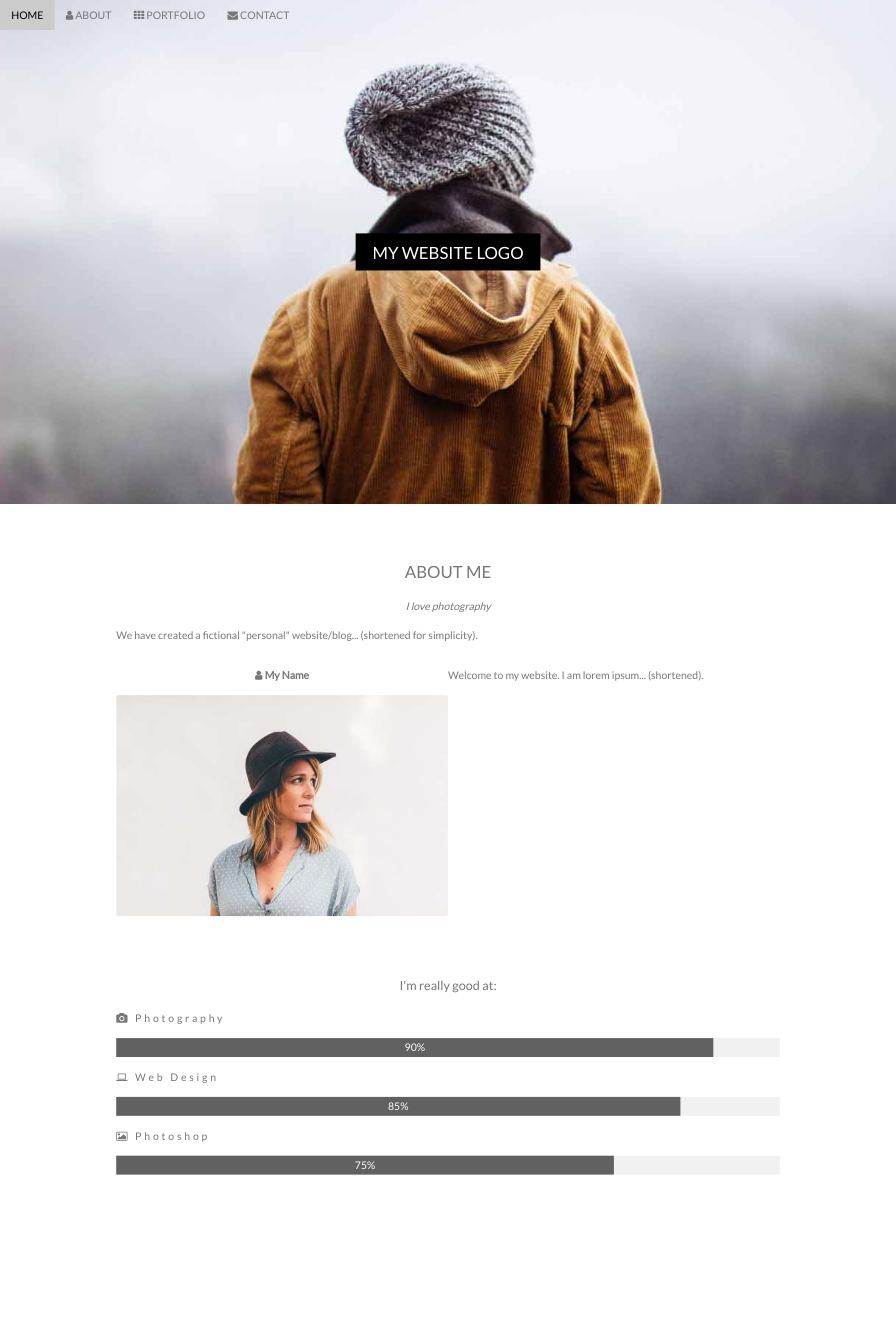
Repository: KaranAgarwal003/webpage-1
Page: index.html
The author's editor kept a copy of each file at every save. The page is drawn from the files as they stood at one save, then again after the next save.
The browser window is 1280 px wide. The pictures show the part of the page from y = 0 to 1920 px (the page is 3573 px tall), at 70% of full size.
A picture or video elsewhere on the page could not be fetched, so the positions and the page height are approximate.

Above is the page before, as saved 2024-10-17 19:28:51.

### index.html
<!DOCTYPE html>
<html>
<head>
    <title>Karan Agarwal</title>
    <meta charset="UTF-8">
    <meta name="viewport" content="width=device-width, initial-scale=1">
    <link rel="stylesheet" href="https://www.w3schools.com/w3css/4/w3.css">
    <link rel="stylesheet" href="https://fonts.googleapis.com/css?family=Lato">
    <link rel="stylesheet" href="https://cdnjs.cloudflare.com/ajax/libs/font-awesome/4.7.0/css/font-awesome.min.css">
    <style>
        body, h1, h2, h3, h4, h5, h6 { font-family: "Lato", sans-serif; }
        body, html { height: 100%; color: #777; line-height: 1.8; }

        .bgimg-1, .bgimg-2, .bgimg-3 {
            background-attachment: fixed;
            background-position: center;
            background-repeat: no-repeat;
            background-size: cover;
        }

        .bgimg-1 { background-image: url('/images/parallax1.jpg'); min-height: 100%; }
        .bgimg-2, .bgimg-3 { min-height: 400px; }

        @media only screen and (max-device-width: 1600px) {
            .bgimg-1, .bgimg-2, .bgimg-3 {
                background-attachment: scroll;
            }
        }
    </style>
</head>
<body>

<!-- Navbar -->
<div class="w3-top">
    <div class="w3-bar" id="myNavbar">
        <a class="w3-bar-item w3-button w3-hide-large w3-hide-medium w3-right" onclick="toggleFunction()" title="Toggle Navigation Menu">
            <i class="fa fa-bars"></i>
        </a>
        <a href="#home" class="w3-bar-item w3-button">HOME</a>
        <a href="#about" class="w3-bar-item w3-button w3-hide-small"><i class="fa fa-user"></i> ABOUT</a>
        <a href="#portfolio" class="w3-bar-item w3-button w3-hide-small"><i class="fa fa-th"></i> PORTFOLIO</a>
        <a href="#contact" class="w3-bar-item w3-button w3-hide-small"><i class="fa fa-envelope"></i> CONTACT</a>
    </div>

    <!-- Small screen navbar -->
    <div id="navDemo" class="w3-bar-block w3-hide w3-hide-large w3-hide-medium">
        <a href="#about" class="w3-bar-item w3-button" onclick="toggleFunction()">ABOUT</a>
        <a href="#portfolio" class="w3-bar-item w3-button" onclick="toggleFunction()">PORTFOLIO</a>
        <a href="#contact" class="w3-bar-item w3-button" onclick="toggleFunction()">CONTACT</a>
    </div>
</div>

<!-- Home Section -->
<div class="bgimg-1 w3-display-container" id="home">
    <div class="w3-display-middle">
        <span class="w3-center w3-padding-large w3-black w3-xlarge">MY WEBSITE LOGO</span>
    </div>
</div>

<!-- About Section -->
<div class="w3-content w3-container w3-padding-64" id="about">
    <h3 class="w3-center">ABOUT ME</h3>
    <p class="w3-center"><em>I love photography</em></p>
    <p>We have created a fictional "personal" website/blog... (shortened for simplicity).</p>
    <div class="w3-row">
        <div class="w3-col m6 w3-center">
            <p><b><i class="fa fa-user"></i> My Name</b></p>
            <img src="/images/avatar_hat.jpg" class="w3-round w3-image" alt="Photo of Me" width="500">
        </div>
        <div class="w3-col m6 w3-hide-small">
            <p>Welcome to my website. I am lorem ipsum... (shortened).</p>
        </div>
    </div>
</div>

<!-- Skills Section -->
<div class="w3-content w3-container">
    <p class="w3-large w3-center">I'm really good at:</p>
    <p class="w3-wide"><i class="fa fa-camera"></i> Photography</p>
    <div class="w3-light-grey"><div class="w3-dark-grey w3-center" style="width:90%">90%</div></div>
    <p class="w3-wide"><i class="fa fa-laptop"></i> Web Design</p>
    <div class="w3-light-grey"><div class="w3-dark-grey w3-center" style="width:85%">85%</div></div>
    <p class="w3-wide"><i class="fa fa-photo"></i> Photoshop</p>
    <div class="w3-light-grey"><div class="w3-dark-grey w3-center" style="width:75%">75%</div></div>
</div>

<!-- Portfolio Section -->
<div class="bgimg-2 w3-display-container" id="portfolio">
    <div class="w3-display-middle">
        <span class="w3-xxlarge w3-text-white">PORTFOLIO</span>
    </div>
</div>
<div class="w3-content w3-container w3-padding-64">
    <h3 class="w3-center">MY WORK</h3>
    <div class="w3-row-padding w3-center">
        <div class="w3-col m3"><img src="/images/p1.jpg" style="width:100%" onclick="onClick(this)" class="w3-hover-opacity"></div>
        <div class="w3-col m3"><img src="/images/p2.jpg" style="width:100%" onclick="onClick(this)" class="w3-hover-opacity"></div>
        <!-- More images... -->
    </div>
</div>

<!-- Contact Section -->
<div class="bgimg-3 w3-display-container" id="contact">
    <div class="w3-display-middle">
        <span class="w3-xxlarge w3-text-white">CONTACT</span>
    </div>
</div>
<div class="w3-content w3-container w3-padding-64">
    <h3 class="w3-center">WHERE I WORK</h3>
    <div class="w3-row">
        <div class="w3-col m4"><img src="/images/map.jpg" class="w3-image" style="width:100%"></div>
        <div class="w3-col m8">
            <p><i class="fa fa-map-marker"></i> Chicago, US</p>
            <p><i class="fa fa-phone"></i> +00 151515</p>
            <p><i class="fa fa-envelope"></i> mail@mail.com</p>
            <form action="/action_page.php">
                <input class="w3-input w3-border" type="text" placeholder="Name" required>
                <input class="w3-input w3-border" type="text" placeholder="Email" required>
                <input class="w3-input w3-border" type="text" placeholder="Message" required>
                <button class="w3-button w3-black" type="submit">SEND MESSAGE</button>
            </form>
        </div>
    </div>
</div>

<!-- Footer -->
<footer class="w3-center w3-black w3-padding-64">
    <a href="#home" class="w3-button w3-light-grey">To the top</a>
    <div class="w3-section">
        <i class="fa fa-facebook-official"></i>
        <i class="fa fa-instagram"></i>
        <!-- More social icons... -->
    </div>
</footer>

<script>
    // Toggle navbar for small screens
    function toggleFunction() {
        var x = document.getElementById("navDemo");
        if (x.className.indexOf("w3-show") == -1) {
            x.className += " w3-show";
        } else {
            x.className = x.className.replace(" w3-show", "");
        }
    }

    // Display modal image
    function onClick(element) {
        document.getElementById("img01").src = element.src;
        document.getElementById("modal01").style.display = "block";
    }
</script>

</body>
</html>

After the next save:
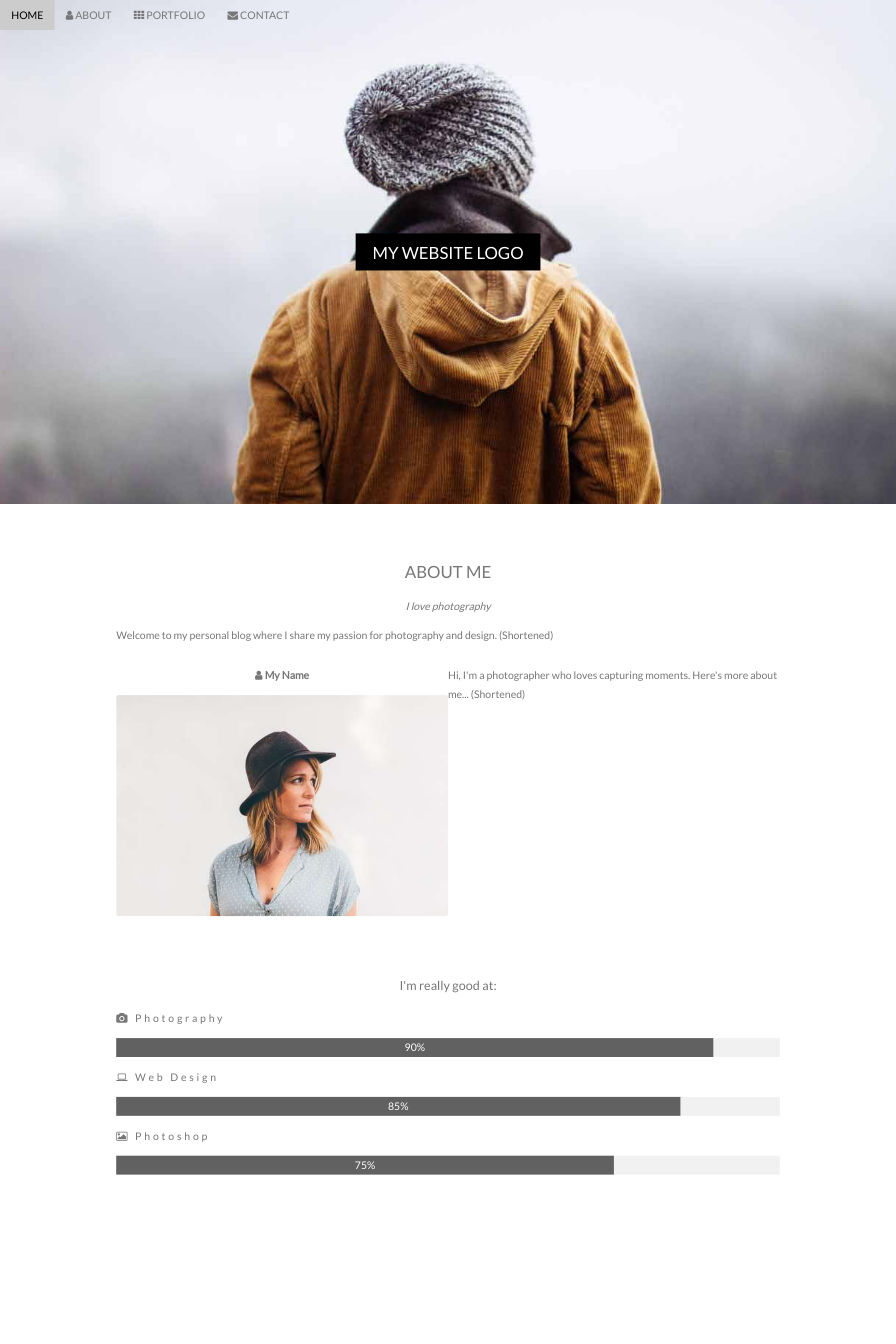
Saved 3 min 26 s later.
--- a/index.html
+++ b/index.html
@@ -8,9 +8,19 @@
     <link rel="stylesheet" href="https://fonts.googleapis.com/css?family=Lato">
     <link rel="stylesheet" href="https://cdnjs.cloudflare.com/ajax/libs/font-awesome/4.7.0/css/font-awesome.min.css">
     <style>
-        body, h1, h2, h3, h4, h5, h6 { font-family: "Lato", sans-serif; }
-        body, html { height: 100%; color: #777; line-height: 1.8; }
+        /* Use the Lato font for all text */
+        body, h1, h2, h3, h4, h5, h6 {
+            font-family: "Lato", sans-serif;
+        }
 
+        /* Make the page take up the full height and center content */
+        body, html {
+            height: 100%;
+            color: #777;
+            line-height: 1.8;
+        }
+
+        /* Set up background images */
         .bgimg-1, .bgimg-2, .bgimg-3 {
             background-attachment: fixed;
             background-position: center;
@@ -18,9 +28,16 @@
             background-size: cover;
         }
 
-        .bgimg-1 { background-image: url('/images/parallax1.jpg'); min-height: 100%; }
-        .bgimg-2, .bgimg-3 { min-height: 400px; }
+        .bgimg-1 {
+            background-image: url('/images/parallax1.jpg');
+            min-height: 100%;
+        }
 
+        .bgimg-2, .bgimg-3 {
+            min-height: 400px;
+        }
+
+        /* For smaller screens, disable the fixed background effect */
         @media only screen and (max-device-width: 1600px) {
             .bgimg-1, .bgimg-2, .bgimg-3 {
                 background-attachment: scroll;
@@ -30,7 +47,7 @@
 </head>
 <body>
 
-<!-- Navbar -->
+<!-- Navigation bar -->
 <div class="w3-top">
     <div class="w3-bar" id="myNavbar">
         <a class="w3-bar-item w3-button w3-hide-large w3-hide-medium w3-right" onclick="toggleFunction()" title="Toggle Navigation Menu">
@@ -42,7 +59,7 @@
         <a href="#contact" class="w3-bar-item w3-button w3-hide-small"><i class="fa fa-envelope"></i> CONTACT</a>
     </div>
 
-    <!-- Small screen navbar -->
+    <!-- Navigation menu for small screens -->
     <div id="navDemo" class="w3-bar-block w3-hide w3-hide-large w3-hide-medium">
         <a href="#about" class="w3-bar-item w3-button" onclick="toggleFunction()">ABOUT</a>
         <a href="#portfolio" class="w3-bar-item w3-button" onclick="toggleFunction()">PORTFOLIO</a>
@@ -50,7 +67,7 @@
     </div>
 </div>
 
-<!-- Home Section -->
+<!-- Home Section with Background Image -->
 <div class="bgimg-1 w3-display-container" id="home">
     <div class="w3-display-middle">
         <span class="w3-center w3-padding-large w3-black w3-xlarge">MY WEBSITE LOGO</span>
@@ -61,14 +78,14 @@
 <div class="w3-content w3-container w3-padding-64" id="about">
     <h3 class="w3-center">ABOUT ME</h3>
     <p class="w3-center"><em>I love photography</em></p>
-    <p>We have created a fictional "personal" website/blog... (shortened for simplicity).</p>
+    <p>Welcome to my personal blog where I share my passion for photography and design. (Shortened)</p>
     <div class="w3-row">
         <div class="w3-col m6 w3-center">
             <p><b><i class="fa fa-user"></i> My Name</b></p>
             <img src="/images/avatar_hat.jpg" class="w3-round w3-image" alt="Photo of Me" width="500">
         </div>
         <div class="w3-col m6 w3-hide-small">
-            <p>Welcome to my website. I am lorem ipsum... (shortened).</p>
+            <p>Hi, I'm a photographer who loves capturing moments. Here's more about me... (Shortened)</p>
         </div>
     </div>
 </div>
@@ -95,7 +112,7 @@
     <div class="w3-row-padding w3-center">
         <div class="w3-col m3"><img src="/images/p1.jpg" style="width:100%" onclick="onClick(this)" class="w3-hover-opacity"></div>
         <div class="w3-col m3"><img src="/images/p2.jpg" style="width:100%" onclick="onClick(this)" class="w3-hover-opacity"></div>
-        <!-- More images... -->
+        <!-- Additional images as needed -->
     </div>
 </div>
 
@@ -123,13 +140,13 @@
     </div>
 </div>
 
-<!-- Footer -->
+<!-- Footer with Social Icons -->
 <footer class="w3-center w3-black w3-padding-64">
     <a href="#home" class="w3-button w3-light-grey">To the top</a>
     <div class="w3-section">
         <i class="fa fa-facebook-official"></i>
         <i class="fa fa-instagram"></i>
-        <!-- More social icons... -->
+        <!-- More social icons if needed -->
     </div>
 </footer>
 
@@ -137,14 +154,14 @@
     // Toggle navbar for small screens
     function toggleFunction() {
         var x = document.getElementById("navDemo");
-        if (x.className.indexOf("w3-show") == -1) {
+        if (x.className.indexOf("w3-show") === -1) {
             x.className += " w3-show";
         } else {
             x.className = x.className.replace(" w3-show", "");
         }
     }
 
-    // Display modal image
+    // Show larger version of image when clicked
     function onClick(element) {
         document.getElementById("img01").src = element.src;
         document.getElementById("modal01").style.display = "block";
